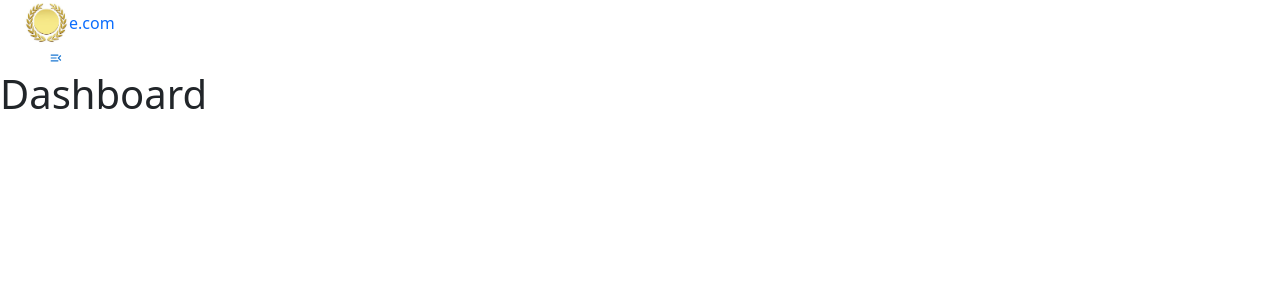
Repository: gautamsonam011/admin-react-dashboard
Page: /
An editor plug-in stored every save of this project. The page is shown before and after the next save, followed by the edit.
The browser window is 1280 px wide. The pictures show the whole page.
The project was rebuilt for these pictures with package versions that can differ from the ones it lists, and the page was loaded fresh each time.

Above is the page before, as saved 2025-04-13 21:55:01.

After the next save:
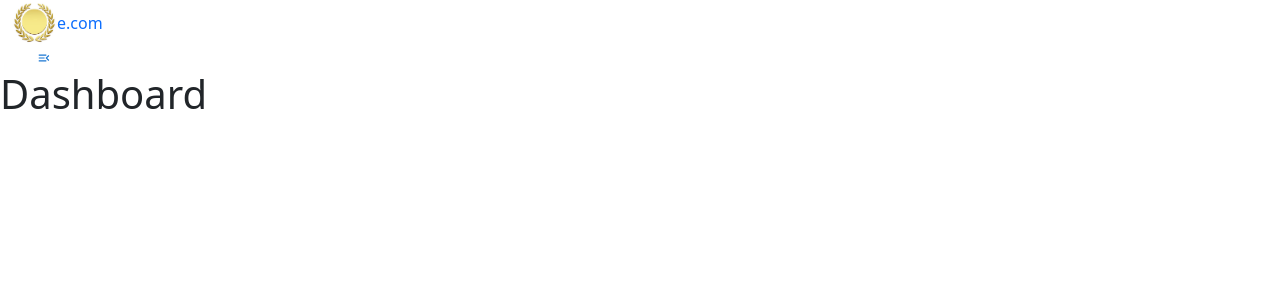
Saved 9 s later.
--- a/src/App.css
+++ b/src/App.css
@@ -10,9 +10,6 @@ header{
   width:100%;
   height: 70px;
   background-color:#fff;
-}
-header .row{
-  margin: 0px !important;
 }
 header .logo{
   text-decoration: none;
